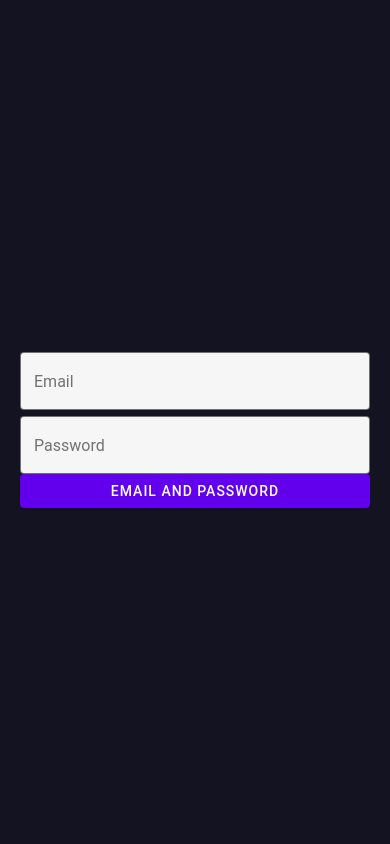
Repository: pascalgrim/GymTracker
Screen: /
These files come from the project's save history. The screen is drawn as it stood at one moment and after the next save; the edit follows.
The app was drawn by React Native's web renderer in a window 390 px wide. The project was rebuilt for these pictures with package versions that can differ from the ones it lists, and the page was loaded fresh each time. Also part of the build but not shown: components/menuCard.js, components/Dashboard.js, firebase.js, context/AuthContext.js.

Above is the screen before, as saved 2021-11-05 19:57:42.

### App.js
import { StatusBar } from "expo-status-bar";
import React from "react";
import {
  Button,
  StyleSheet,
  Text,
  View,
  TouchableOpacity,
  Image,
  SafeAreaView,
} from "react-native";
import MenuCard from "./components/menuCard";

// LOGOS
import mainLogo from "./imgs/mainLogo.png";
import SettingsIcon from "./imgs/mainSettings.png";

// ICONS FOR CARDS
import IconSessions from "./imgs/schreibe-brief.png";
import Dashboard from "./components/Dashboard";
import Signup from "./components/Signup";

export default function App() {
  return (
    <View style={styles.container}>
      {/* <Dashboard/> */}
      <Signup/>

      <StatusBar style="auto" />
    </View>
  );
}

const styles = StyleSheet.create({
  container: {
    flex: 1,
    backgroundColor: "#131321",
    paddingLeft: 20,
    paddingRight: 20,
    paddingTop: 30,
    paddingBottom: 20,
  },
});

### components/Signup.js
import React from 'react'
import {Card, Button,TextInput,Appbar} from 'react-native-paper';
import { View,StyleSheet } from 'react-native';
import { useRef ,useState} from 'react'
import { Link,Route,BrowserRouter as Router,Routes } from 'react-router-dom';
// import Button from '@mui/material/Button';
import {useAuth} from "../context/AuthContext"

export default function Signup() {
    const emailRef = useRef()
    const passwordRef = useRef()
    const passwordConfirmRef = useRef()
    const signup = useAuth()
    const [error,setError] = useState("")
    const [loading,setLoading] = useState(false)

    async function handleSubmit(e){
        e.preventDefault()
        console.log((passwordRef.current.value).length)

        if (passwordRef.current.value !== passwordConfirmRef.current.value){
            return setError("Passwords do not match.")
        }
        else if ((passwordRef.current.value).length < 6){
            return setError("Passwords must have at least 6 characters.")
        }
        try{
            setError("")
            setLoading(true)
            await signup(emailRef.current.value,passwordRef.current.value)
            history.push("/")
        }catch{
            setError("Failed to create an Account.")
        }
        setLoading(false)


    }
    return (
        <View style={styles.container}>
            <TextInput label="Email" mode="outlined"/>
            <TextInput label="Password" mode="outlined" secureTextEntry={true}/>
            <Button dark={true} mode="contained" onPress={handleSubmit}>Email And Password</Button>
        </View>

    )
}

const styles = StyleSheet.create({
    container: {
        flex:1,
        justifyContent:"center",


    },
  });

After the next save:
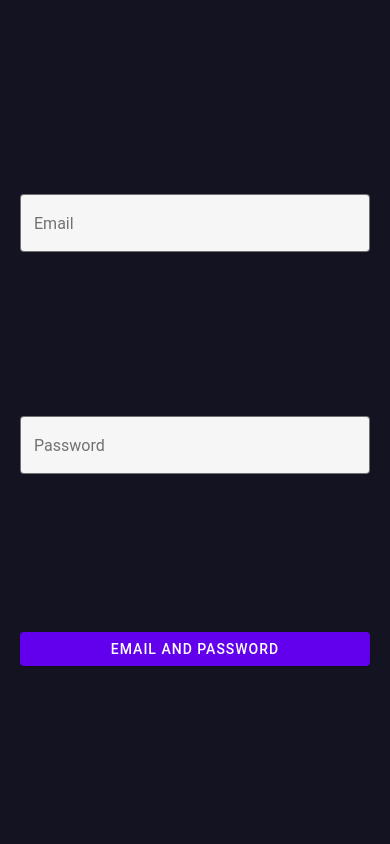
Saved 10 s later.
--- a/components/Signup.js
+++ b/components/Signup.js
@@ -49,7 +49,7 @@
 const styles = StyleSheet.create({
     container: {
         flex:1,
-        justifyContent:"center",
+        justifyContent:"space-evenly",
 
 
     },

After the save that followed:
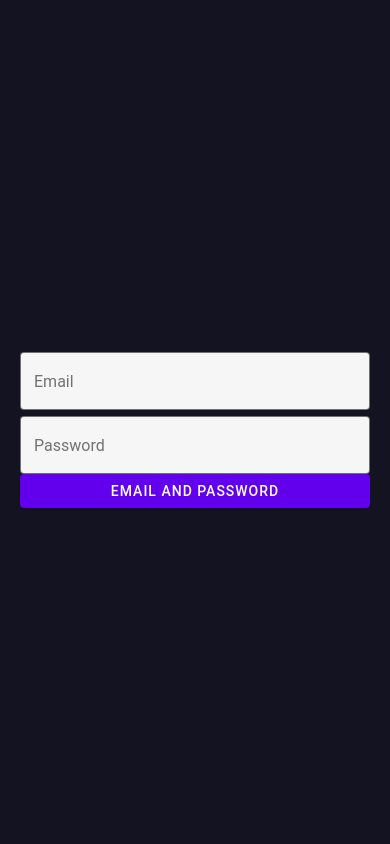
Saved 9 s later.
--- a/components/Signup.js
+++ b/components/Signup.js
@@ -49,7 +49,7 @@
 const styles = StyleSheet.create({
     container: {
         flex:1,
-        justifyContent:"space-evenly",
+        justifyContent:"center",
 
 
     },
